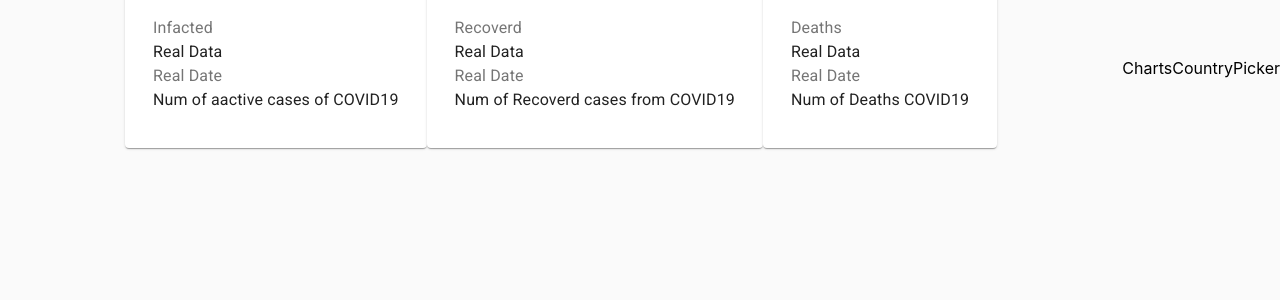
Repository: ranausama48/covid-tracker
Page: /
The author's editor kept a copy of each file at every save. The page is drawn from the files as they stood at one save, then again after a run of saves.
The browser window is 1280 px wide. The pictures show the whole page.
The page's requests for data from a server got no answer. The project was rebuilt for these pictures with package versions that can differ from the ones it lists, and the page was loaded fresh each time. No one was signed in, and anything a server would have sent is missing.

Above is the page before, as saved 2020-07-05 18:00:49.

After the next 2 saves:
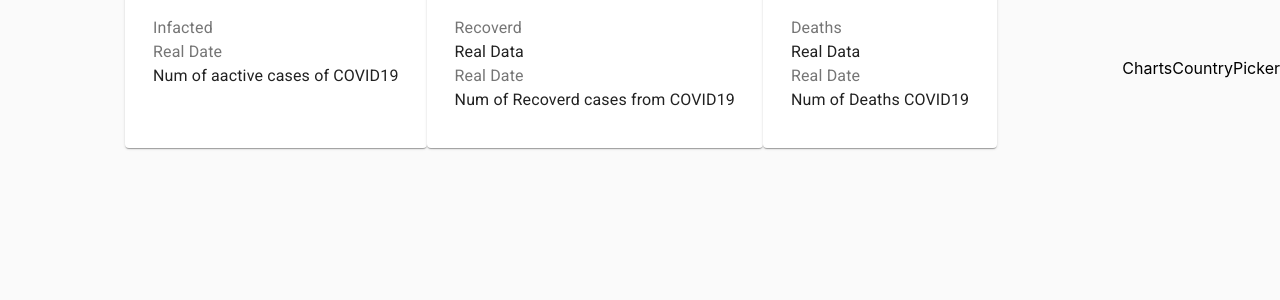
The 2 saves are shown as one change because 1 did not build or start.
The last was saved 102 s later.
--- a/src/components/Cards/Cards.jsx
+++ b/src/components/Cards/Cards.jsx
@@ -19,16 +19,14 @@ const useStyles = makeStyles({
   },
 });
 
-const Cards = (props) => {
+const Cards = ({ confirmed, recoverd, deaths, lastUpdate }) => {
   const classes = useStyles();
   return (
     <Grid container spacing={3} justify="center">
-      {console.log(props)}
-
       <Grid item component={Card}>
         <CardContent>
           <Typography color="textSecondary">Infacted</Typography>
-          <Typography varaint="h5">Real Data</Typography>
+          <Typography varaint="h5">{confirmed}</Typography>
           <Typography color="textSecondary">Real Date</Typography>
           <Typography varaint="body2">
             Num of aactive cases of COVID19
